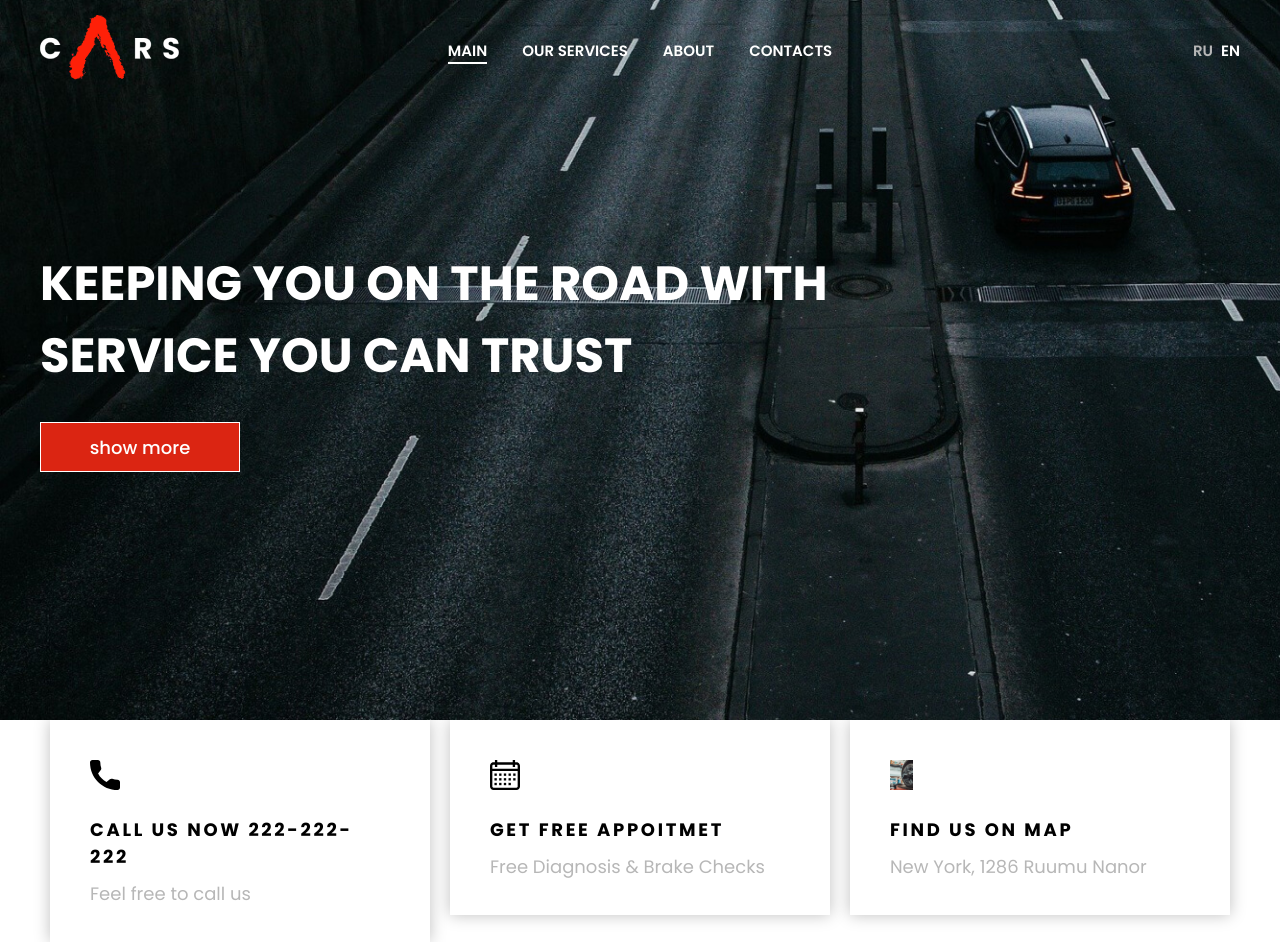
Repository: Earn1ll/car_repair
Page: index.html
The author's editor kept a copy of each file at every save. The page is drawn from the files as they stood at one save, then again after the next save.
The browser window is 1280 px wide. The pictures show the whole page.

Above is the page before, as saved 2022-09-18 16:13:11.

After the next save:
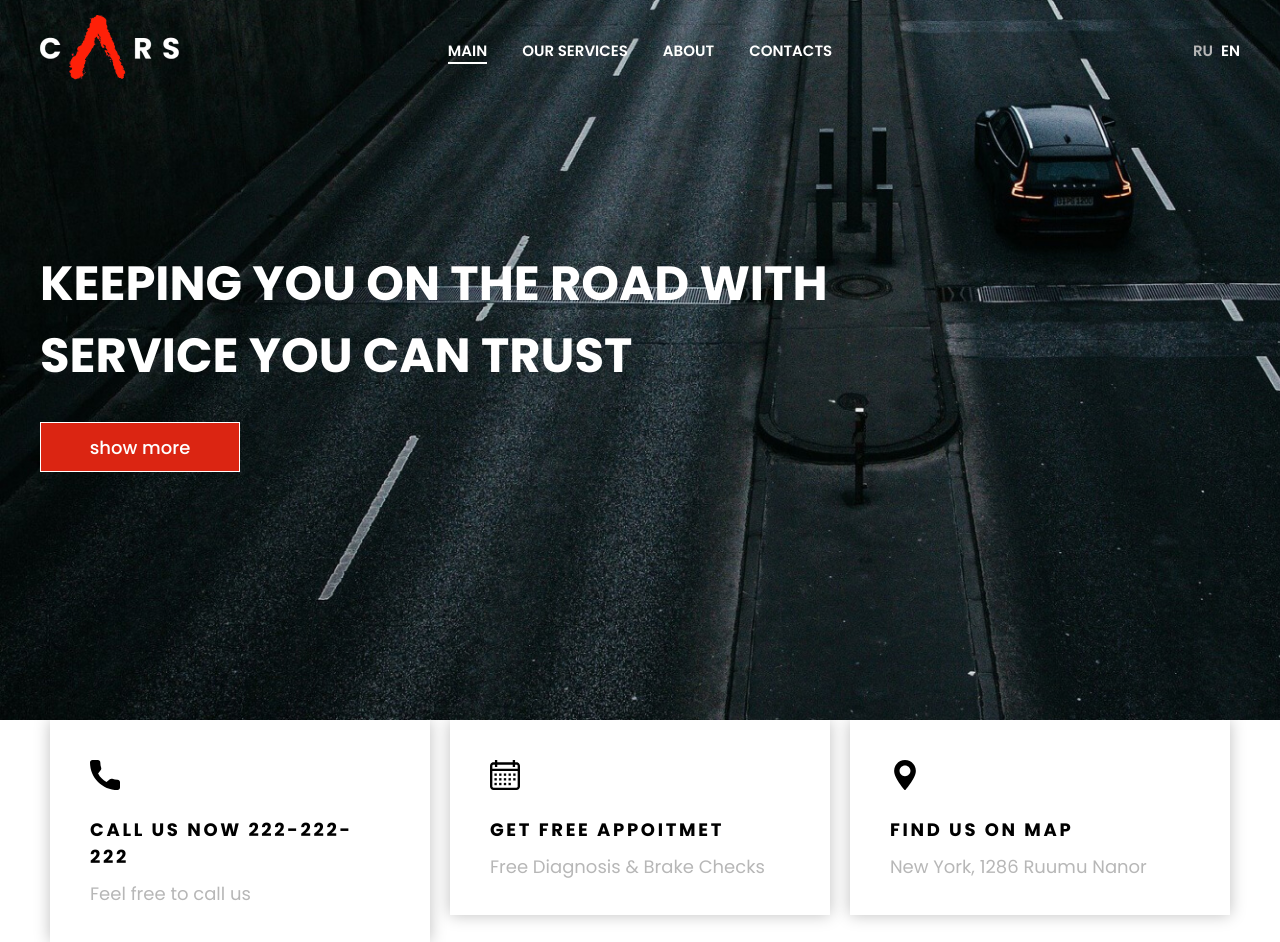
Saved 25 s later.
--- a/index.html
+++ b/index.html
@@ -79,7 +79,7 @@
                 <div class="info__block">
                     <div class="info__item">
                         <div class="info__img">
-                            <img src="img/tires.jpg " alt="">
+                            <img src="img/pin.svg " alt="">
                         </div>
                         <h3 class="info__title">
                             FIND US ON MAP
